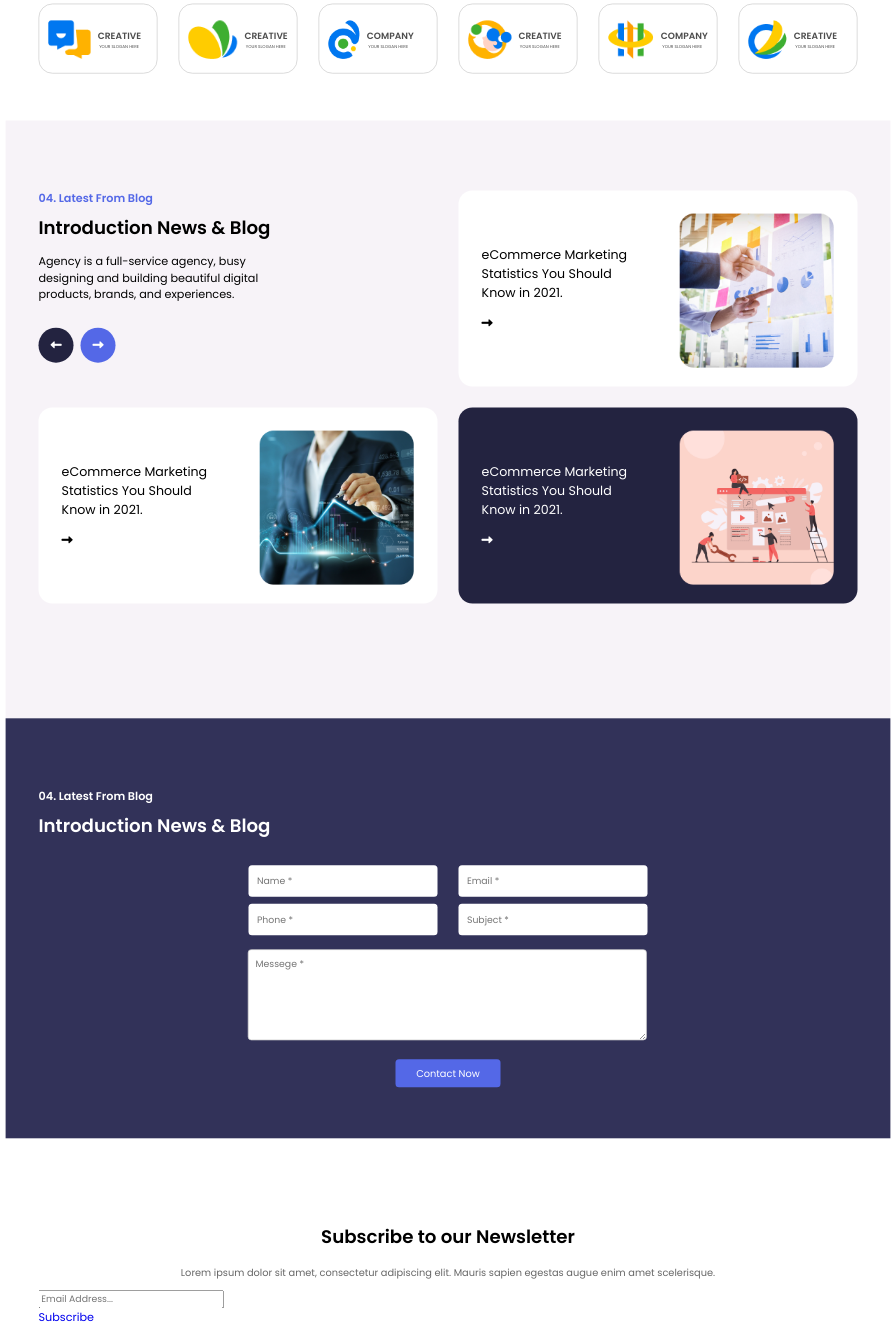
Repository: tranchi0120/LangdingPage-Htmlcss-Ago
Page: index.html
These files come from the project's save history. The page is drawn as it stood at one moment and after the next save; the edit follows.
The browser window is 1280 px wide. The pictures show the part of the page from y = 3323 to 5243 px (the page is 5225 px tall before and 5243 px after), at 70% of full size.
Some web libraries are served in a nearby version. The style sheet was rebuilt from its Sass, Less or Tailwind sources for each picture, by a compiler version that may differ from the author's.

Above is the page before, as saved 2022-07-15 11:50:40.

After the next save:
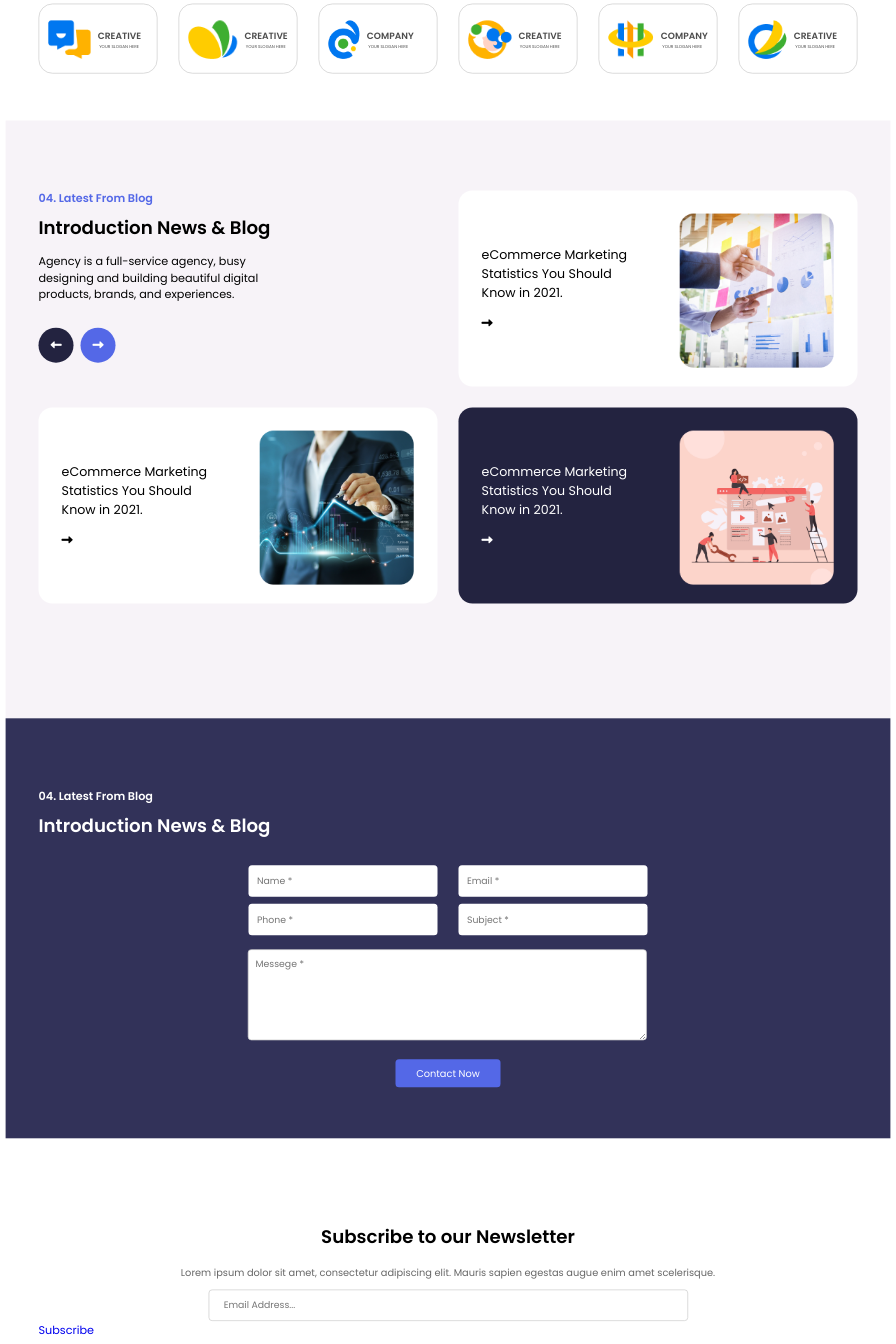
Saved 6 s later.
--- a/sass/_subscribe.scss
+++ b/sass/_subscribe.scss
@@ -16,4 +16,13 @@
         font-size: 14px;
         line-height: 21px;
     }
+    &-input {
+        display: block;
+        margin: 0 auto;
+        padding: 12px 21px;
+        border-radius: 5px;
+        border: 1px solid #cccccc;
+        width: 685px;
+        height: 45px;
+    }
 }
